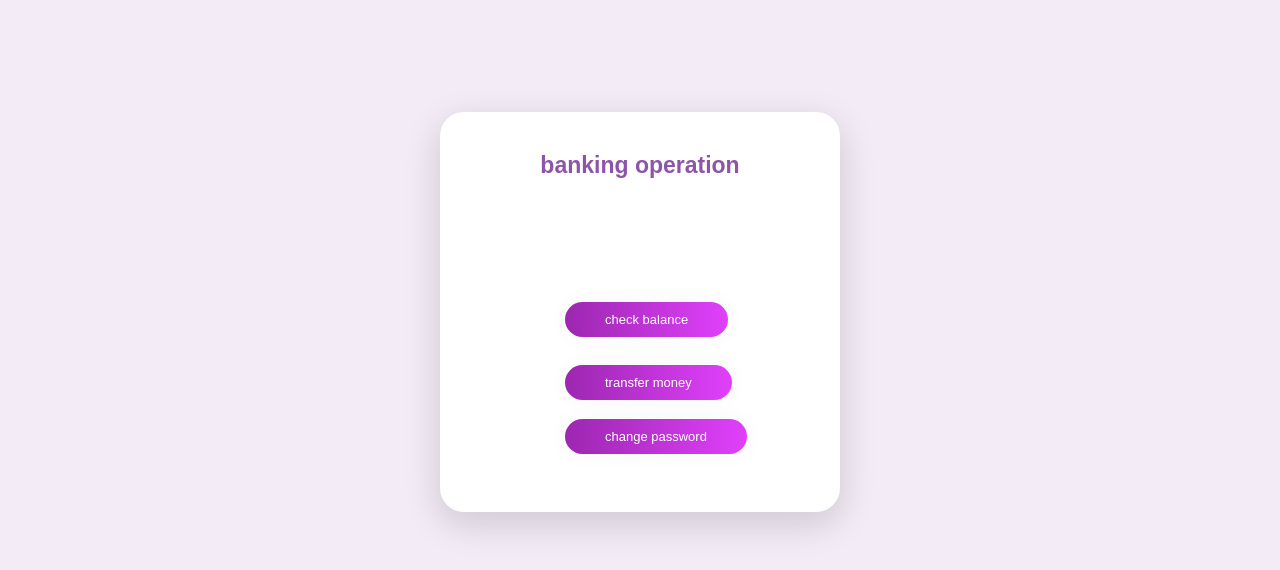
Repository: anujs099/bankingapp
Page: banking-application-final/WebContent/homepage.html
These files come from the project's save history. The page is drawn as it stood at one moment and after the next save; the edit follows.
The browser window is 1280 px wide. The pictures show the whole page.
Some web fonts or font styles are not loaded; a fallback is used.

Above is the page before, as saved 2021-03-07 17:29:23.

After the next save:
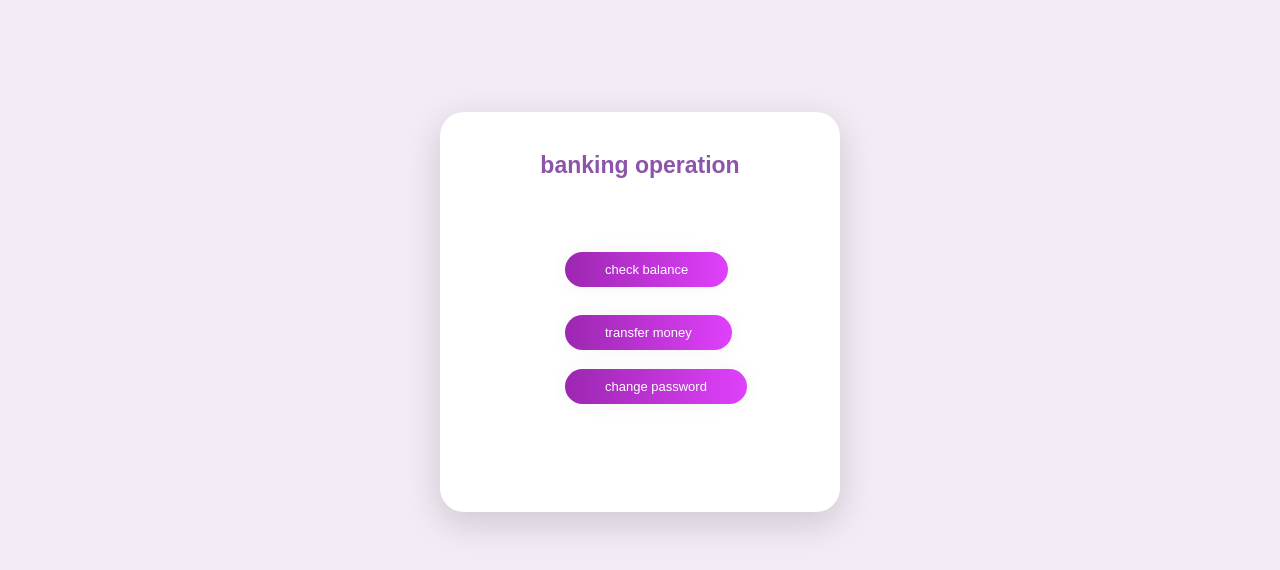
Saved 26 s later.
--- a/banking-application-final/WebContent/homepage.html
+++ b/banking-application-final/WebContent/homepage.html
@@ -10,7 +10,7 @@
 <style>
 .submit{
 position:relative;
-top:100px;
+top:50px;
 left:-15px;
 }
 </style>
